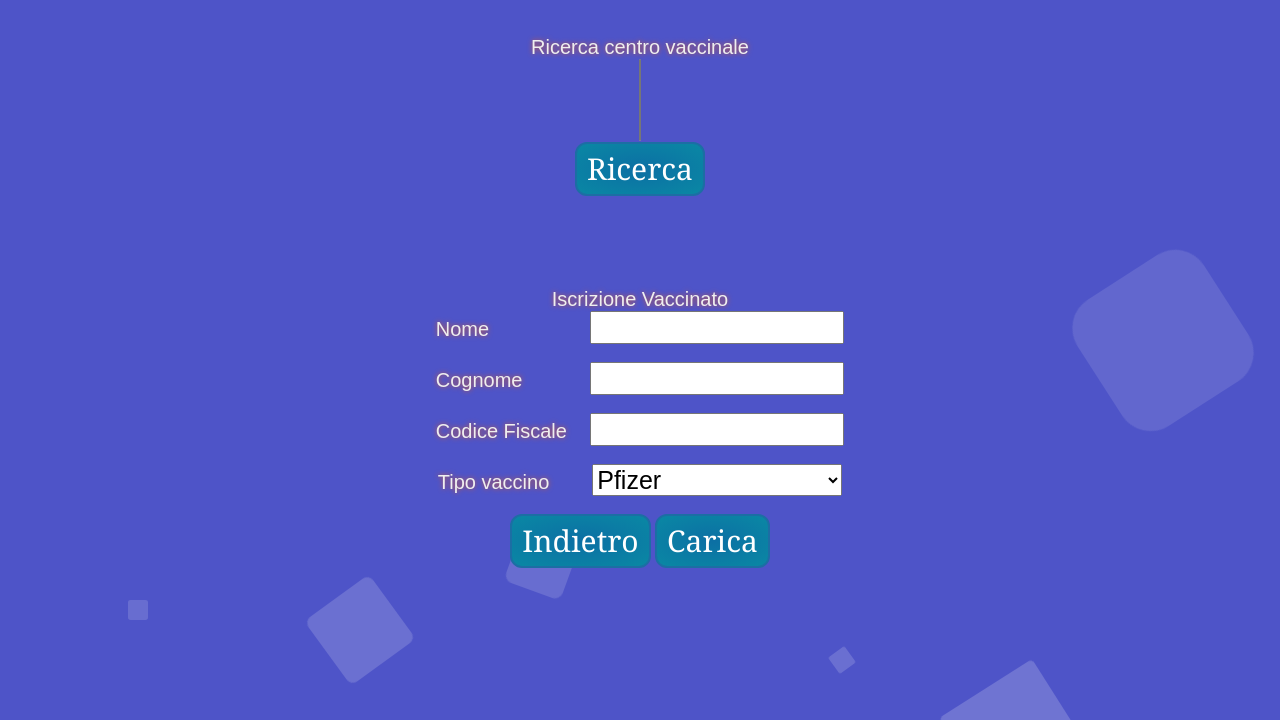
Repository: Jok98/CentriVaccinaliWebApp
Page: http://localhost/CentriVaccinaliOperatori/iscrizionevaccinato.jsp
An editor plug-in stored every save of this project. The page is shown before and after the next save, followed by the edit.
The browser window is 1280 px wide. The pictures show the whole page.
Some web fonts or font styles are not loaded; a fallback is used. The page is served by Tomcat 9.

Above is the page before, as saved 2022-09-24 17:49:54.

After the next save:
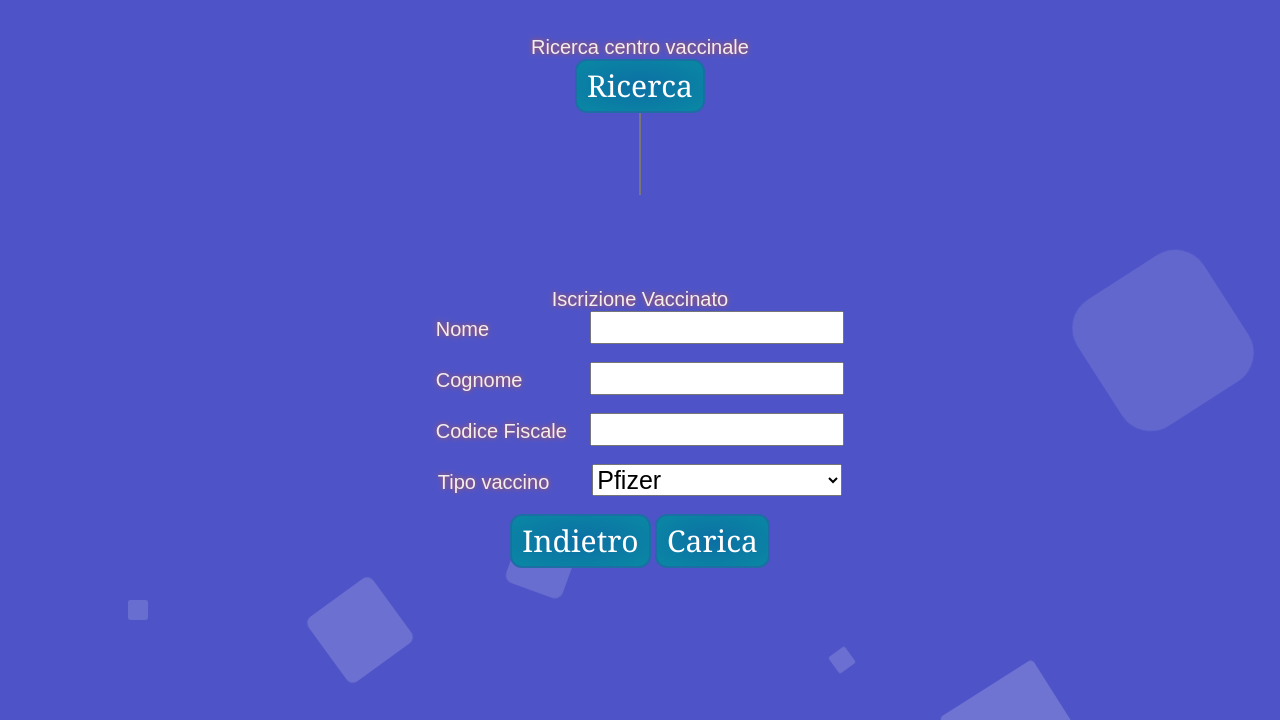
Saved 28 s later.
--- a/CentriVaccinaliOperatori/src/main/webapp/iscrizionevaccinato.jsp
+++ b/CentriVaccinaliOperatori/src/main/webapp/iscrizionevaccinato.jsp
@@ -27,11 +27,11 @@
 		<form action="" >
 		<a class="text">Ricerca centro vaccinale</a>
 		<br>
+		<button class="button" type="submit">Ricerca</button>
+		<br>
 		<select name="centriVaccinali" size="5">
 
 		</select>
-		<br>
-		<button class="button" type="submit">Ricerca</button>
 	</form>
 	</div>
 	<div class="context" align="center" >
